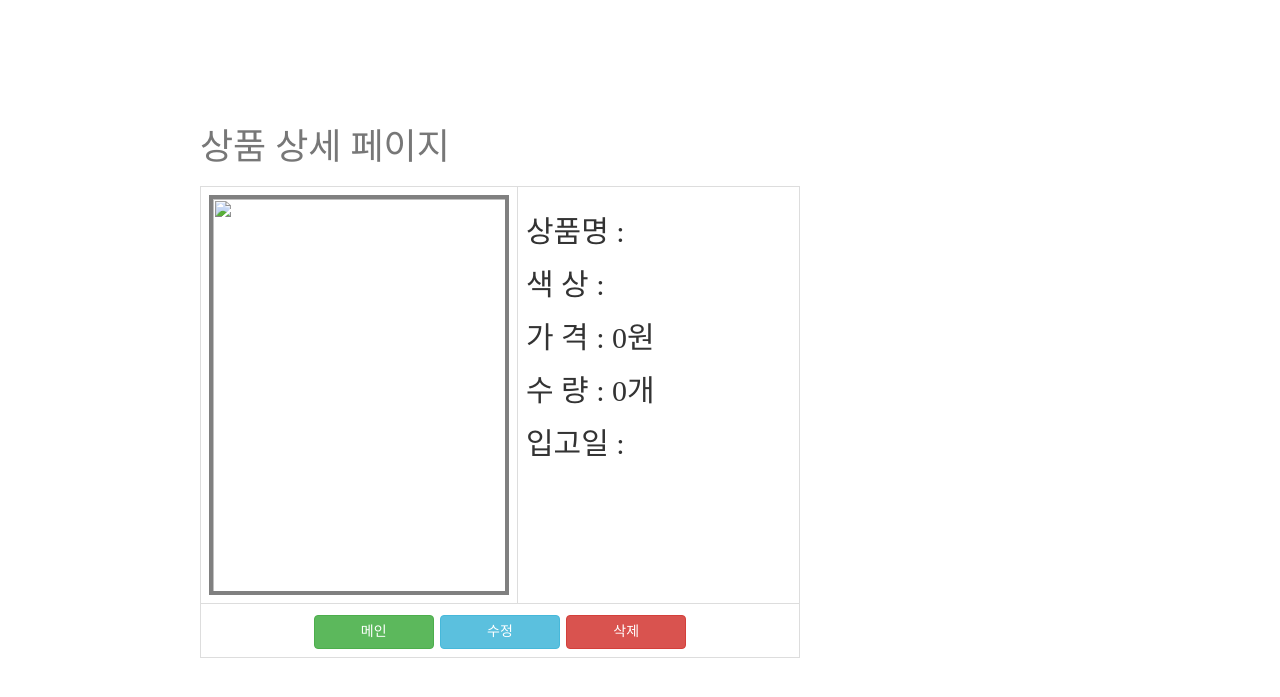
Repository: Juheekim1207/Javawork
Page: http://localhost/WebProjectEx1/day0420/ShopDetailPage.jsp
An editor plug-in stored every save of this project. The page is shown before and after the next save, followed by the edit.
The browser window is 1280 px wide. The pictures show the whole page.
Some web fonts or font styles are not loaded; a fallback is used. The page is served by Tomcat 9. Queries for data that is not in the repository find no rows.

Above is the page before, as saved 2022-04-22 01:08:15.

After the next save:
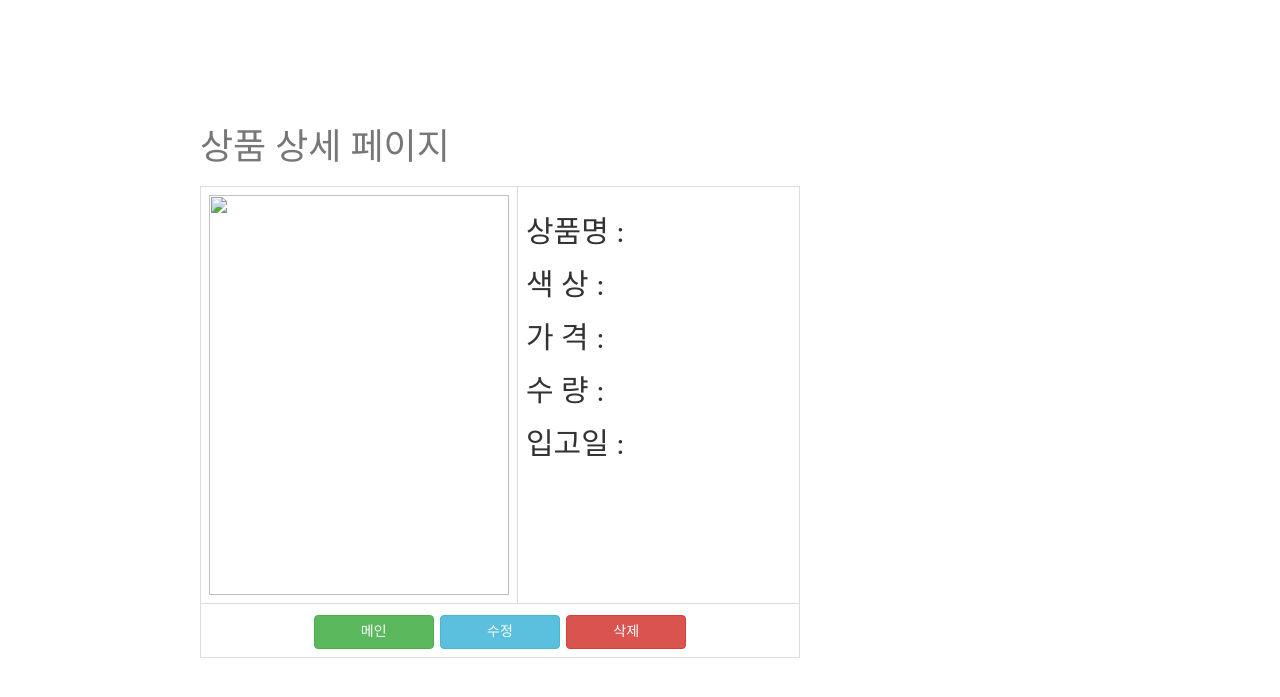
Console error: SyntaxError: Unexpected string
Saved 3 min 19 s later.
--- a/WebProjectEx1/src/main/webapp/day0420/ShopDetailPage.jsp
+++ b/WebProjectEx1/src/main/webapp/day0420/ShopDetailPage.jsp
@@ -47,6 +47,15 @@
 
 		//수정 버튼
 		$("#btnupdate").click(function(){
+			$.ajax({
+				type: "get",
+				dataType: "json",
+				url: "DetailJson.jsp",
+				data: {"num",$("#num").val()},
+				success:function(data){
+					$("#usangpum").val(data.sangpum);
+				}
+			});
 			 $("#myModal").modal();
 		});
 	});

After the save that followed:
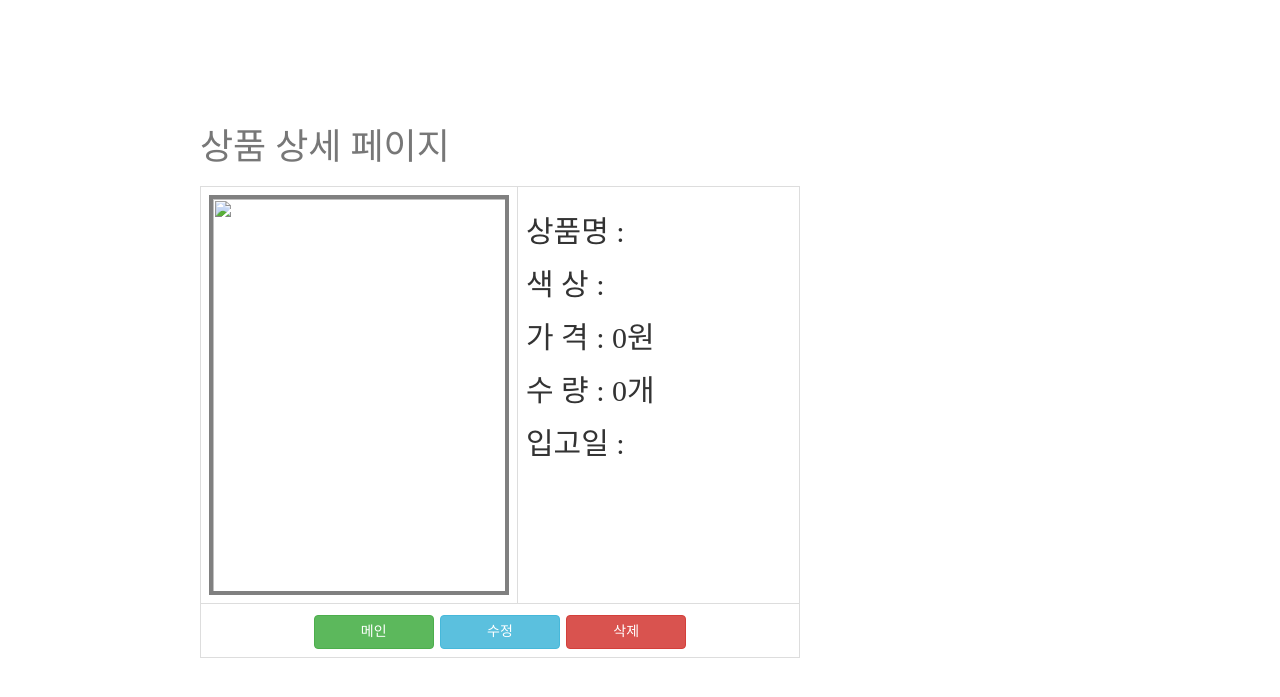
The error is gone.
Saved 45 s later.
--- a/WebProjectEx1/src/main/webapp/day0420/ShopDetailPage.jsp
+++ b/WebProjectEx1/src/main/webapp/day0420/ShopDetailPage.jsp
@@ -51,7 +51,7 @@
 				type: "get",
 				dataType: "json",
 				url: "DetailJson.jsp",
-				data: {"num",$("#num").val()},
+				data: {"num":$("#num").val()},
 				success:function(data){
 					$("#usangpum").val(data.sangpum);
 				}
